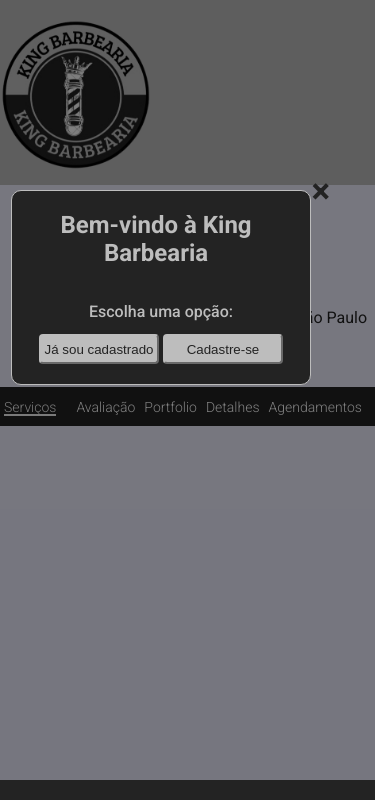
Repository: king-barbearia/king-barbearia-agendamento
Page: index.html
These files come from the project's save history. The page is drawn as it stood at one moment and after the next save; the edit follows.
The browser window is 375 px wide. The pictures show the whole page.

Above is the page before, as saved 2024-07-19 10:14:47.

After the next save:
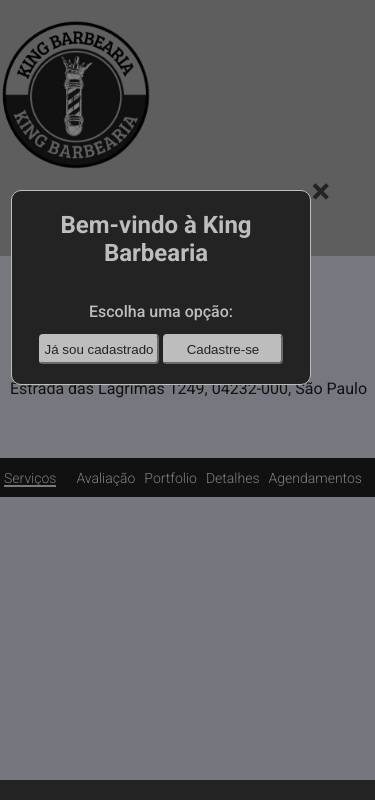
Saved 4 s later.
--- a/mobile.css
+++ b/mobile.css
@@ -1,7 +1,5 @@
 @media only screen and (max-width: 600px) {
-  .modal-content {
-
-  }
+  .modal-content
   header {
     height: 185px;
   }

After the 3 saves that followed:
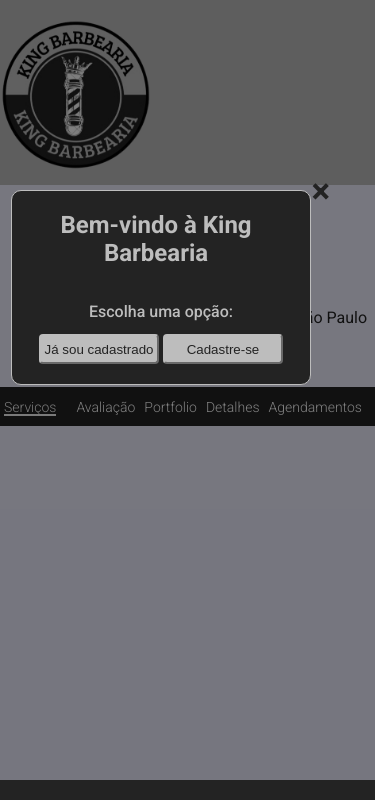
The 3 saves are shown as one change because they came seconds apart.
The last was saved 14 s later.
--- a/mobile.css
+++ b/mobile.css
@@ -1,5 +1,10 @@
 @media only screen and (max-width: 600px) {
-  .modal-content
+  .modal-content {
+    margin: 0;
+    margin-left: 32px;
+    margin-top: 190px;
+    position: fixed;
+  }
   header {
     height: 185px;
   }
